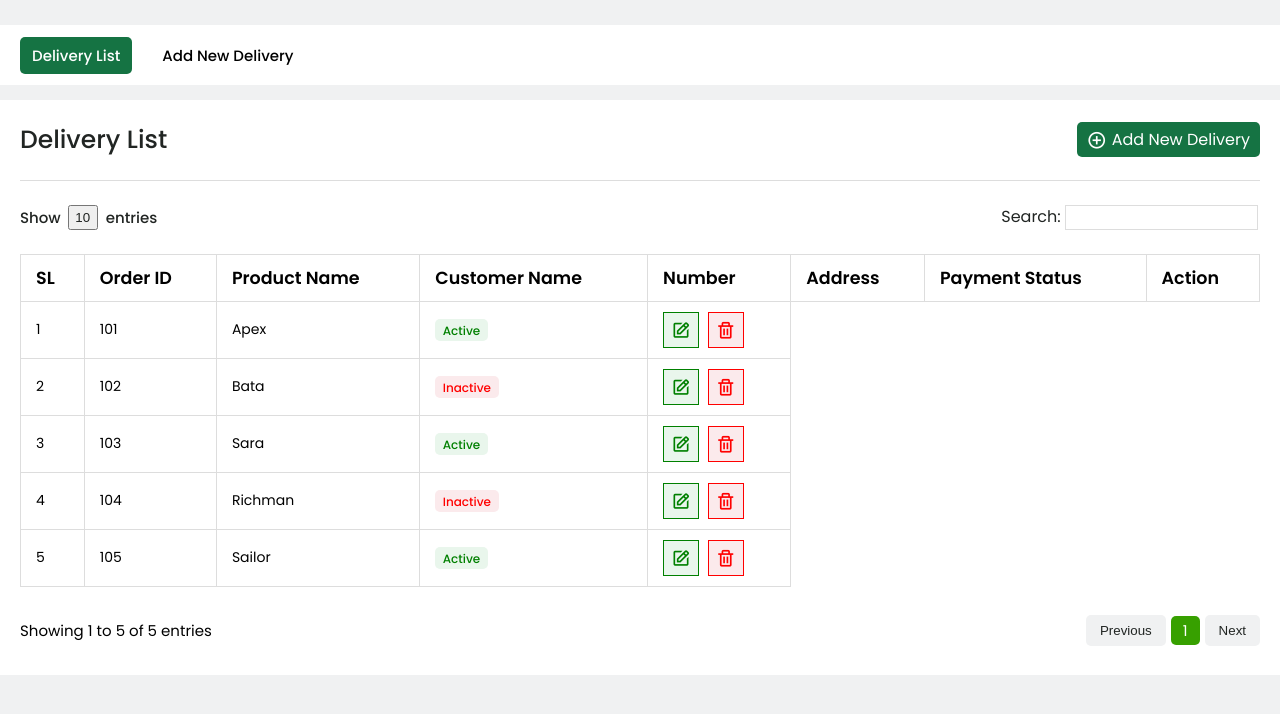
Repository: codebyaddro/delivery-page
Page: delivery.html
An editor plug-in stored every save of this project. The page is shown before and after the next save, followed by the edit.
The browser window is 1280 px wide. The pictures show the whole page.

Above is the page before, as saved 2025-02-27 13:53:16.

After the next save:
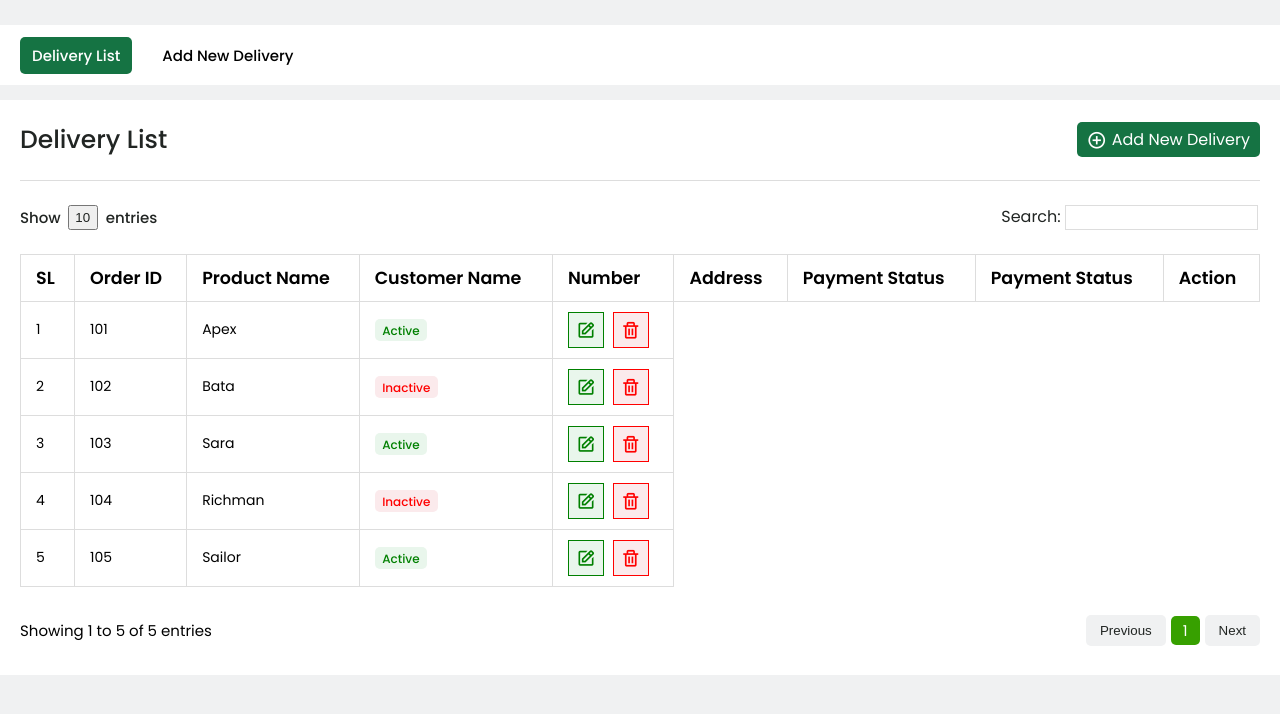
Saved 4 s later.
--- a/delivery.html
+++ b/delivery.html
@@ -50,6 +50,7 @@
                             <th title="Code">Customer Name</th>
                             <th title="Category Name">Number</th>
                             <th title="Category Name">Address</th>
+                            <th title="Status">Payment Status</th>
                             <th title="Status">Payment Status</th>
                             <th title="Action">Action</th>
                         </tr>
